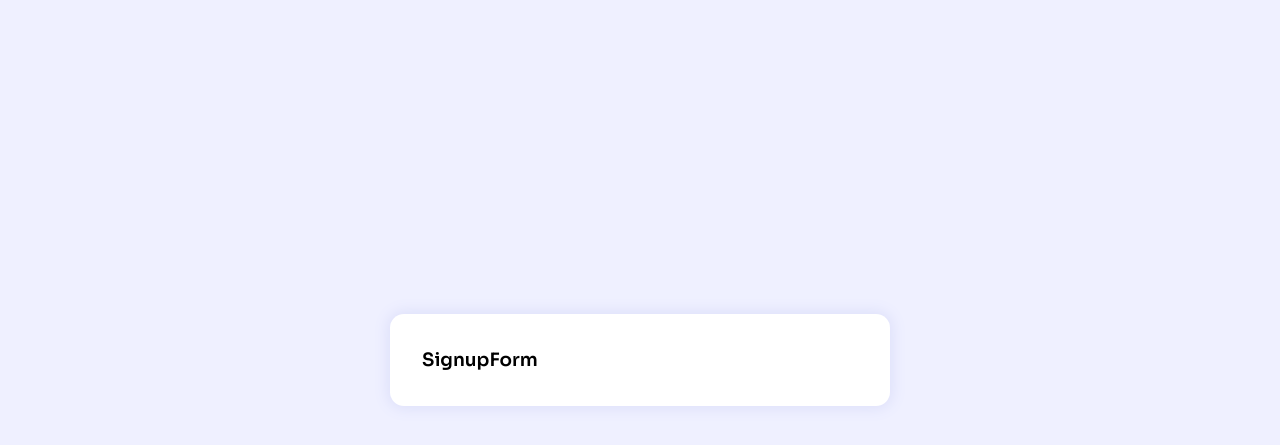
Repository: ducanhaep/react-form-formik-yup
Page: /
These files come from the project's save history. The page is drawn as it stood at one moment and after a run of saves; the edit follows.
The browser window is 1280 px wide. The pictures show the whole page.
The project was rebuilt for these pictures with package versions that can differ from the ones it lists, and the page was loaded fresh each time. Also part of the build but not shown: src/components/signup.css.

Above is the page before, as saved 2022-03-22 12:55:49.

After the next 3 saves:
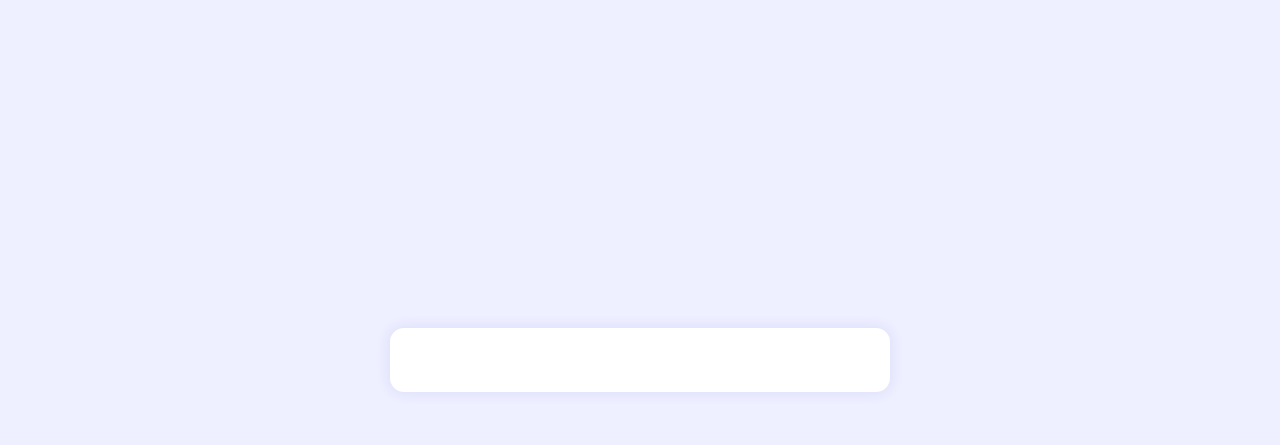
The 3 saves are shown as one change because 2 did not build or start.
The last was saved 16 min 56 s later.
--- a/src/components/SignupForm.jsx
+++ b/src/components/SignupForm.jsx
@@ -1,5 +1,11 @@
+import { useState } from "react";
 import "./signup.css";
 const SignupForm = () => {
-  return <div>SignupForm</div>;
+  const [email, setEmail] = useState("");
+  const [name, setName] = useState("");
+  const [phone, setPhone] = useState("");
+  const [password, setPassword] = useState("");
+  const [confirmPassword, setConfirmPassword] = useState("");
+  return <div>{email}</div>;
 };
 export default SignupForm;
